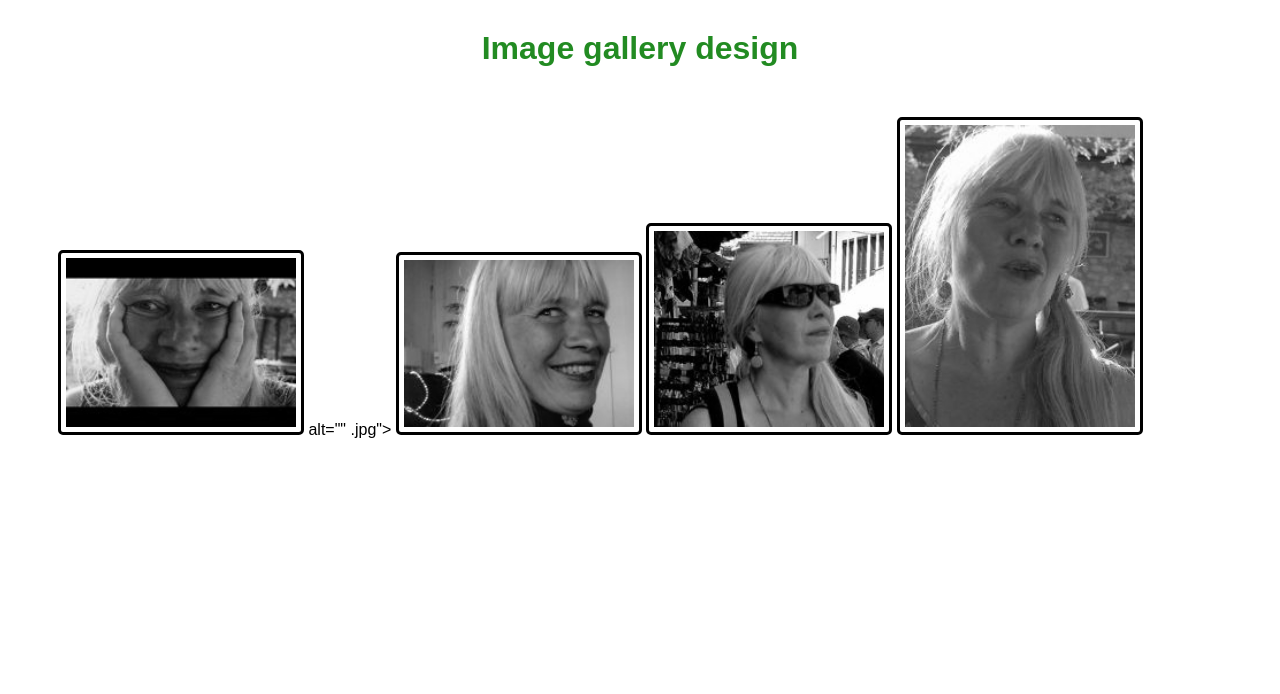
Repository: hindrik40/bildspel-lightbox
Page: index.html
The author's editor kept a copy of each file at every save. The page is drawn from the files as they stood at one save, then again after the next save.
The browser window is 1280 px wide. The pictures show the whole page.

Above is the page before, as saved 2021-08-08 17:22:16.

### index.html
<!DOCTYPE html>
<html lang="en">

<head>
    <meta charset="UTF-8">
    <meta http-equiv="X-UA-Compatible" content="IE=edge">
    <meta name="viewport" content="width=device-width, initial-scale=1.0">
    <link rel="stylesheet" href="css/style.css">
    <link rel="stylesheet" href="css/lightbox.min.css">
    <script src="js/lightbox-plus-jquery.min.js"></script>
    <title>slide lightbox</title>
</head>

<body>
    <h1>Image gallery design</h1>
    <div class="gallery">
        <a href="images/b8.jpg"data-lightbox="mygallery"><img src="images/b8t.jpg"></a>              alt="" .jpg"></a>
        <a href="images/b5.jpg"data-lightbox="mygallery"><img src="images/b5t.jpg"></a>
        <a href="images/b6.jpg"data-lightbox="mygallery"><img src="images/b6t.jpg"></a>
        <a href="images/b9.jpg"data-lightbox="mygallery"><img src="images/b9t.jpg"></a>



    </div>

</body>

</html>

### css/style.css
body {
    font-family: sans-serif;
}

h1 {
    text-align: center;
    color: forestgreen;
    margin: 30px 0 50px;
}

.gallery {
    margin: 10px 50px;
}

.gallery img {
    width: 230px;
    padding: 5px;
    filter:grayscale(100%);
    transition: 1s;
    border-radius: 5px;;
}
.gallery img:hover {
    filter: grayscale(0%);
    transform:scale(1.1)}


img {
    border: 3px solid black;
}

Loaded but not shown: css/lightbox.min.css (common file); js/lightbox-plus-jquery.min.js (library)

After the next save:
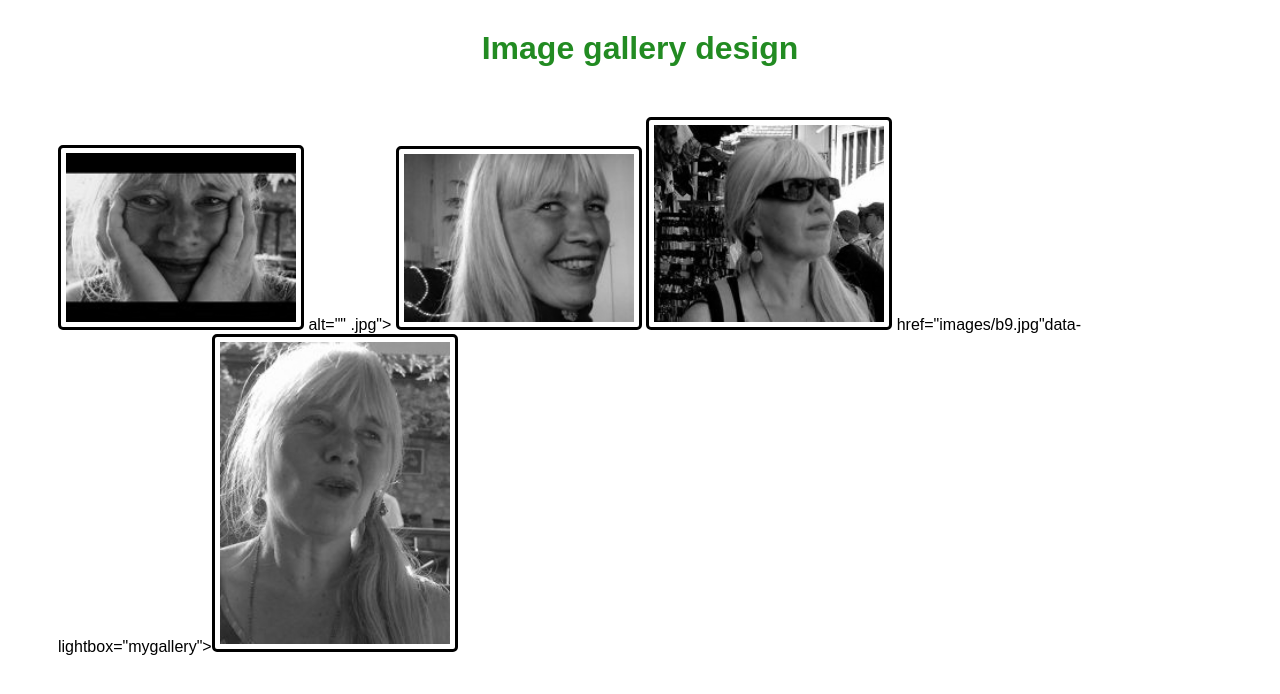
Saved 2 min 51 s later.
--- a/index.html
+++ b/index.html
@@ -17,7 +17,7 @@
         <a href="images/b8.jpg"data-lightbox="mygallery"><img src="images/b8t.jpg"></a>              alt="" .jpg"></a>
         <a href="images/b5.jpg"data-lightbox="mygallery"><img src="images/b5t.jpg"></a>
         <a href="images/b6.jpg"data-lightbox="mygallery"><img src="images/b6t.jpg"></a>
-        <a href="images/b9.jpg"data-lightbox="mygallery"><img src="images/b9t.jpg"></a>
+        <a></a> href="images/b9.jpg"data-lightbox="mygallery"><img src="images/b9t.jpg"></a>
 
 
 

After the 2 saves that followed:
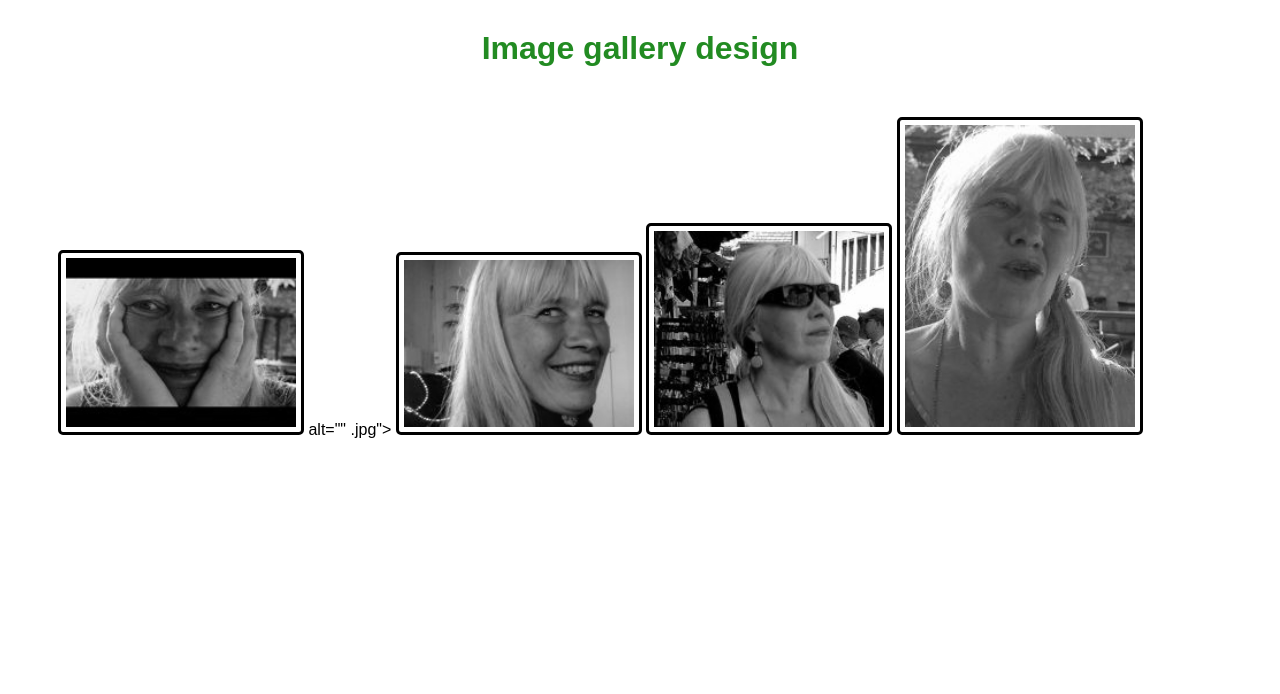
The 2 saves are shown as one change because they came seconds apart.
The last was saved 8 s later.
--- a/index.html
+++ b/index.html
@@ -17,7 +17,7 @@
         <a href="images/b8.jpg"data-lightbox="mygallery"><img src="images/b8t.jpg"></a>              alt="" .jpg"></a>
         <a href="images/b5.jpg"data-lightbox="mygallery"><img src="images/b5t.jpg"></a>
         <a href="images/b6.jpg"data-lightbox="mygallery"><img src="images/b6t.jpg"></a>
-        <a></a> href="images/b9.jpg"data-lightbox="mygallery"><img src="images/b9t.jpg"></a>
+        <a href="images/b9.jpg"data-lightbox="mygallery"><img src="images/b9t.jpg"></a>
 
 
 
